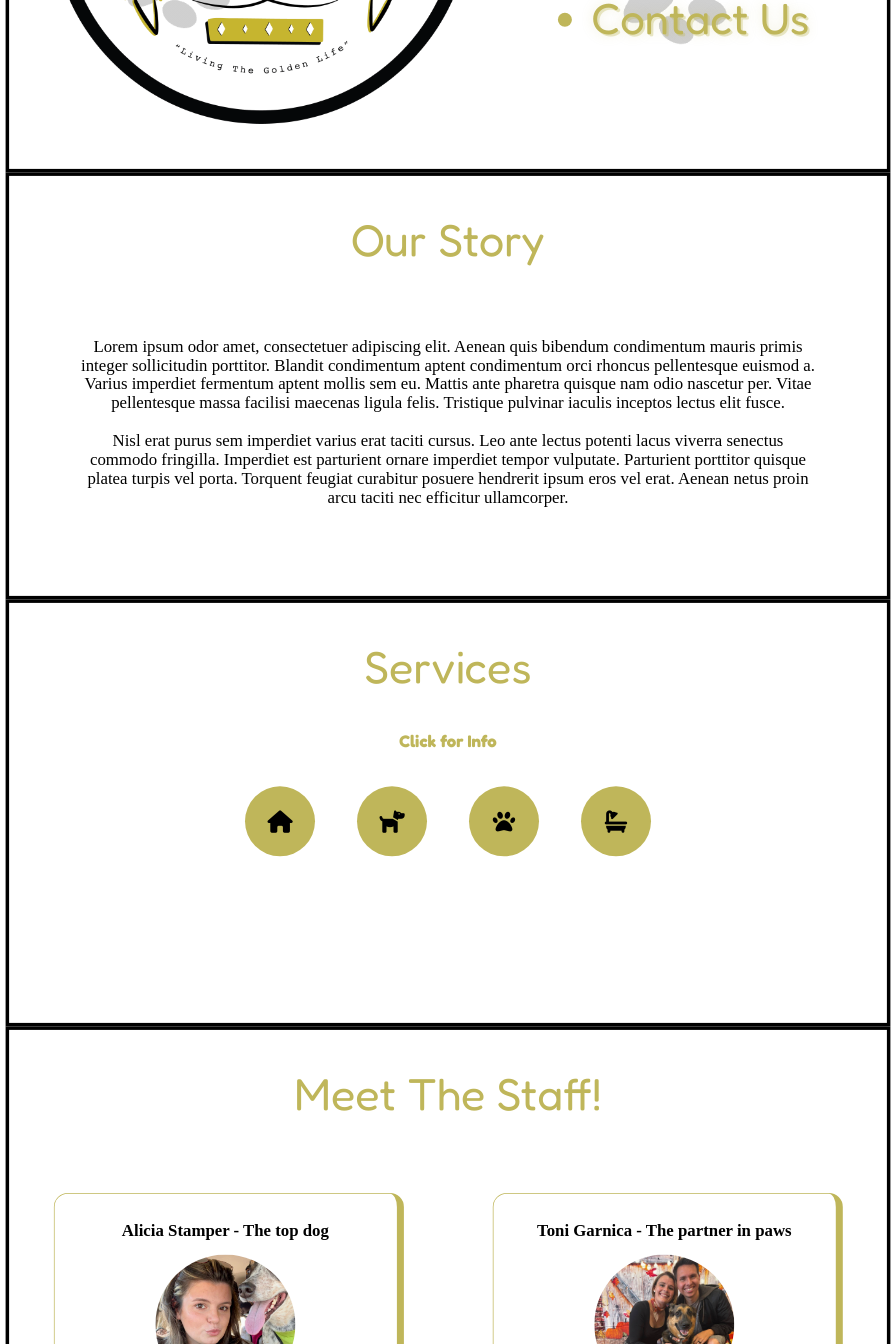
Repository: Aworminator/Thegoldenleash
Page: index.html
The author's editor kept a copy of each file at every save. The page is drawn from the files as they stood at one save, then again after the next save.
The browser window is 1280 px wide. The pictures show the part of the page from y = 435 to 2355 px (the page is 4783 px tall before and 4767 px after), at 70% of full size.

Above is the page before, as saved 2025-07-23 22:16:12.

After the next save:
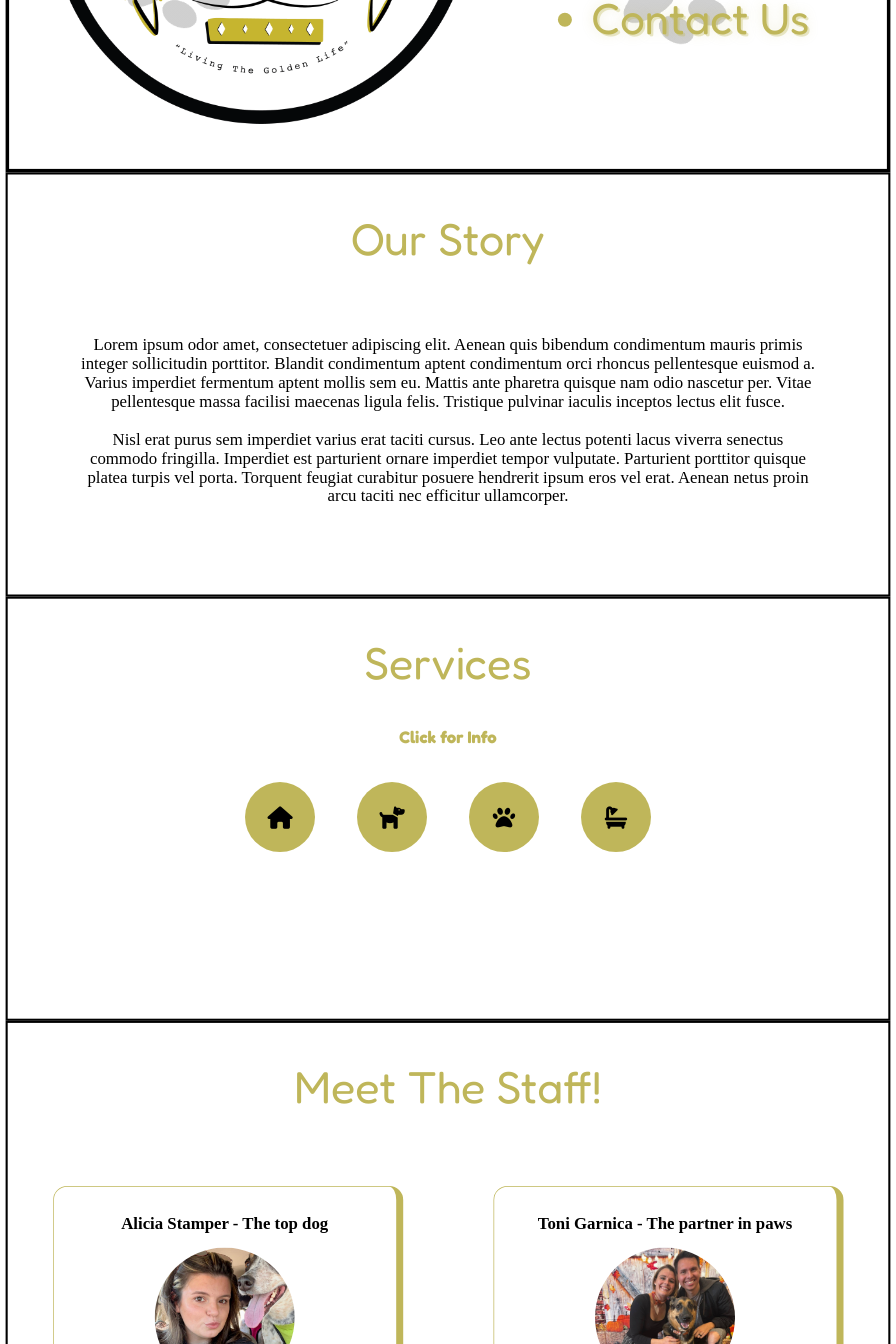
Saved 2 min 30 s later.
--- a/style.css
+++ b/style.css
@@ -64,7 +64,7 @@ h2 {
 .staff,
 .contact,
 .our-story {
-  border: black solid 5px;
+  border: black solid 3px;
   min-height: 600px;
 }
 
